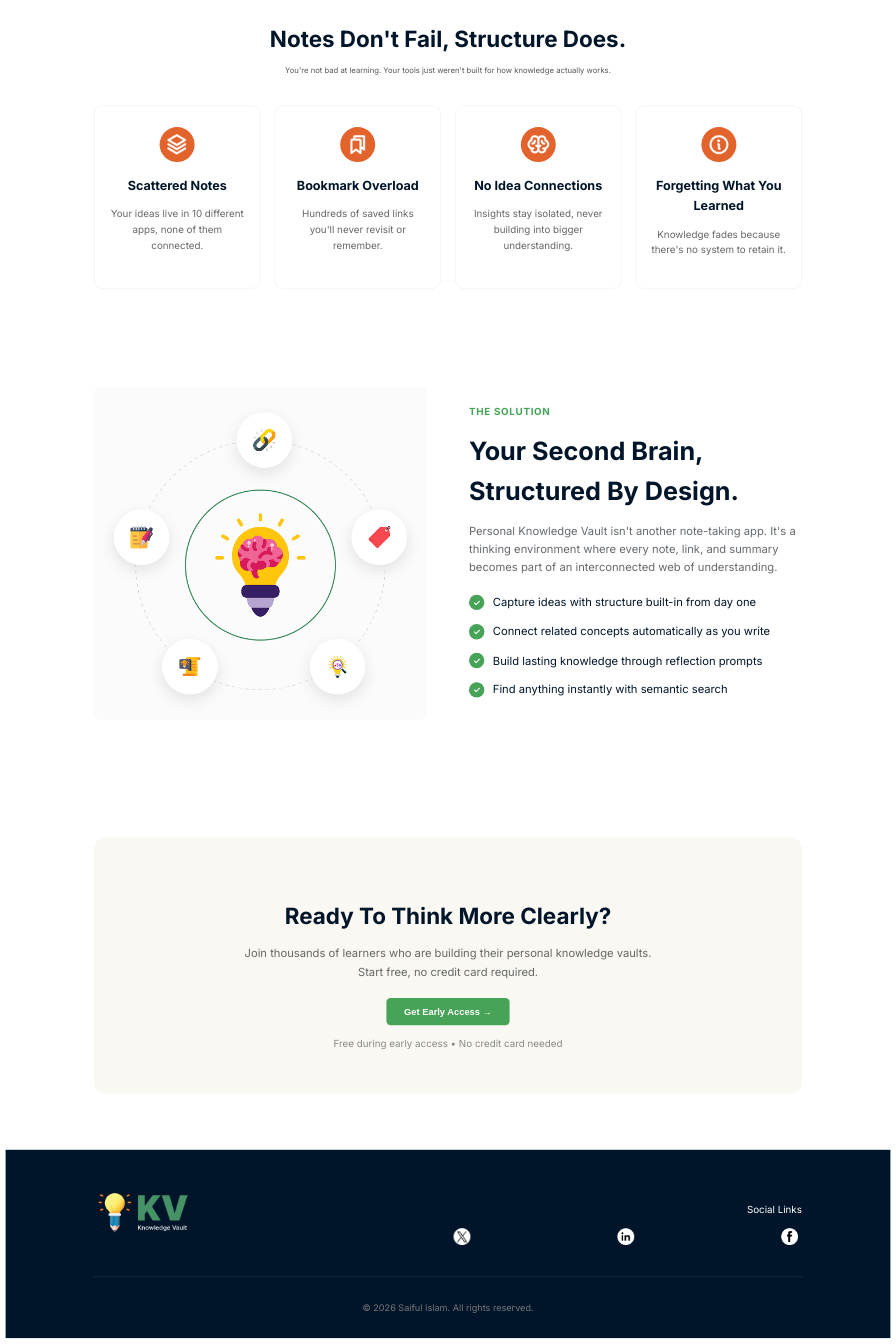
Repository: Saiful21Islam/my-fast-devel
Page: index.html
An editor plug-in stored every save of this project. The page is shown before and after the next save, followed by the edit.
The browser window is 1280 px wide. The pictures show the part of the page from y = 671 to 2591 px (the page is 2591 px tall), at 70% of full size.

Above is the page before, as saved 2026-01-31 14:40:41.

After the next save:
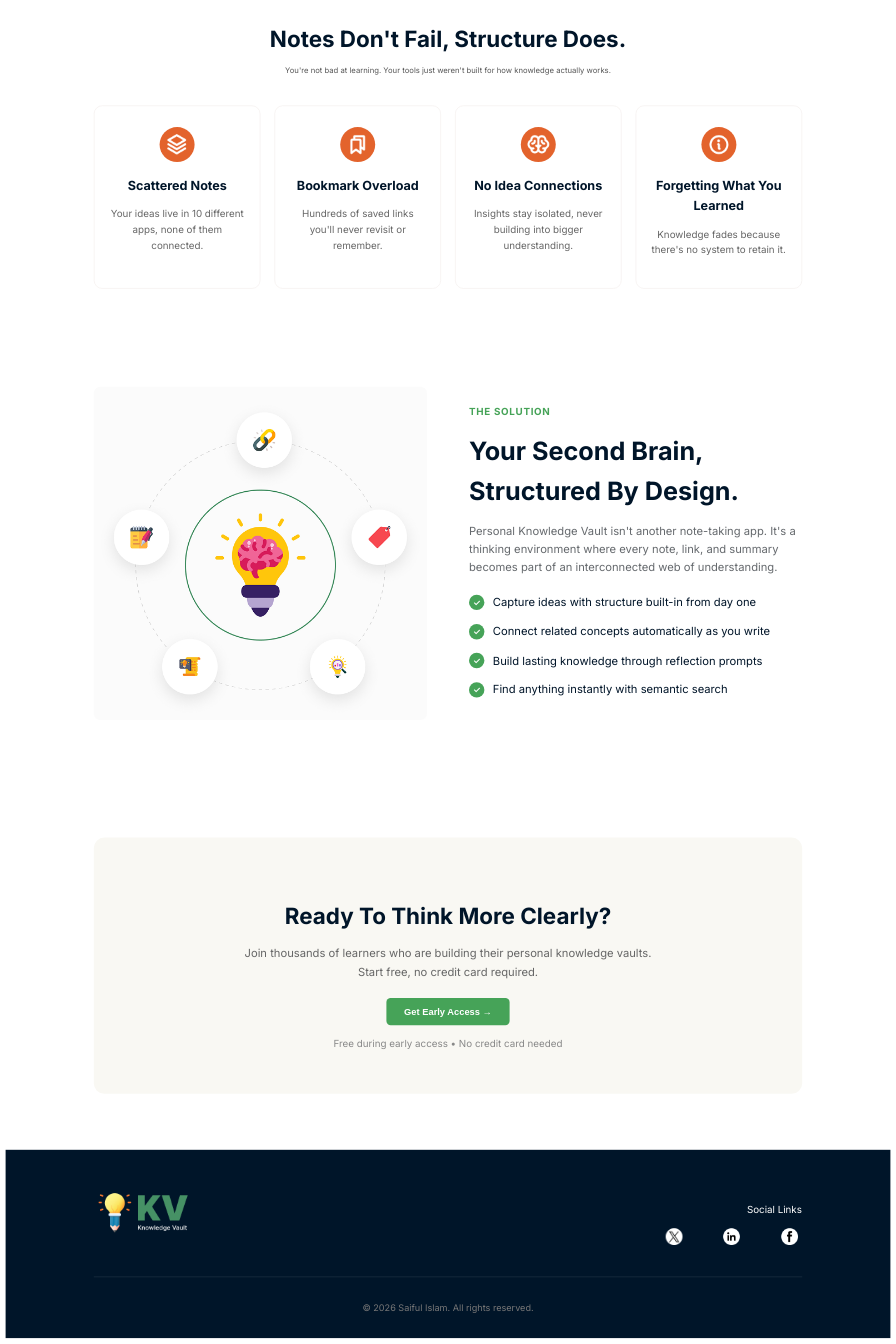
Saved 16 s later.
--- a/style.css
+++ b/style.css
@@ -363,7 +363,7 @@ h1 {
 .icons {
     display: flex;
     justify-content: flex-end;
-    gap: 5cm;
+    gap: 1cm;
 }
 
 .icons a {
